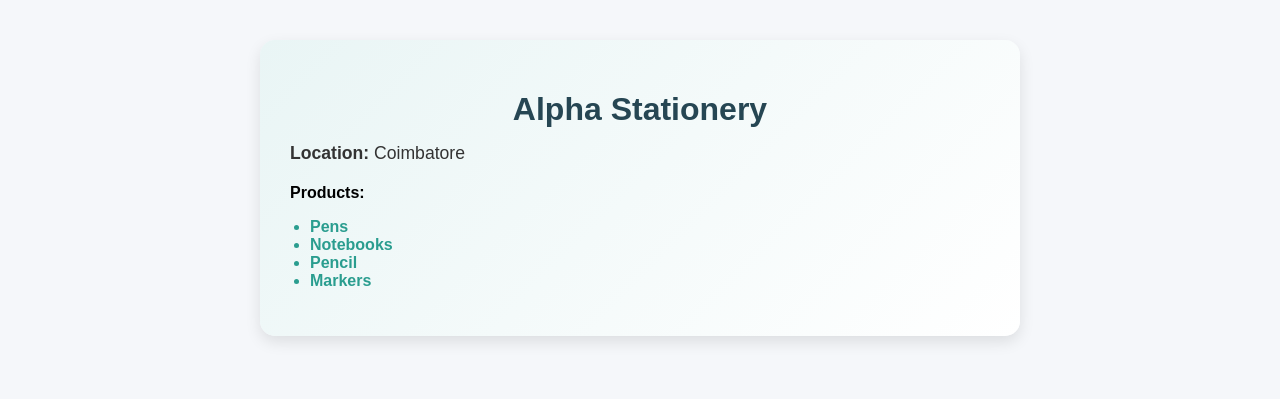
Repository: Pavithra-09git/CarSort
Page: /shop/1
An editor plug-in stored every save of this project. The page is shown before and after the next save, followed by the edit.
The browser window is 1280 px wide. The pictures show the whole page.
The project was rebuilt for these pictures with package versions that can differ from the ones it lists, and the page was loaded fresh each time. Also part of the build but not shown: vite.config.js, src/assets/Component/Card.jsx, src/assets/Component/Home.jsx.

Above is the page before, as saved 2025-10-26 16:19:08.

After the next save:
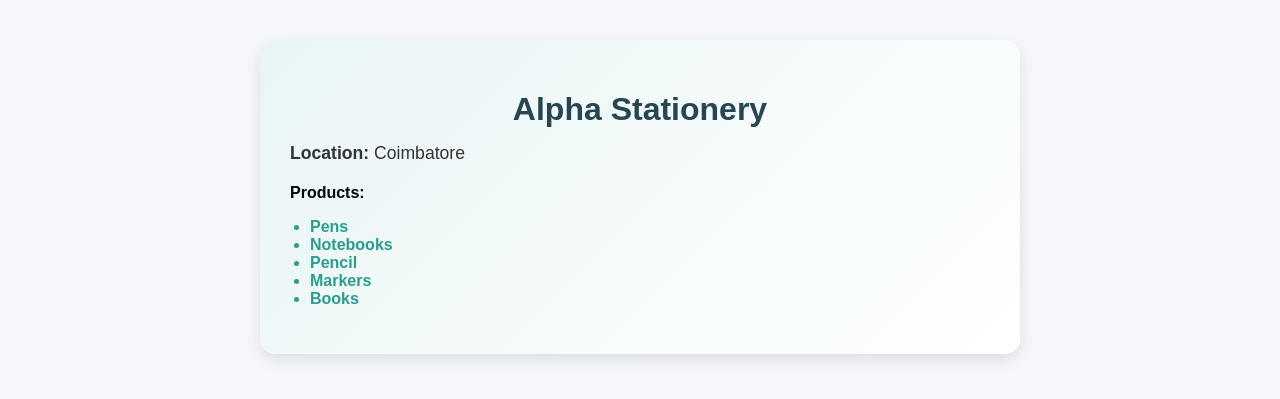
Saved 5 min 35 s later.
--- a/src/data.js
+++ b/src/data.js
@@ -3,41 +3,122 @@ export const shops = [
     id: 1,
     name: "Alpha Stationery",
     location: "Coimbatore",
+    about: "A trusted stationery store in Coimbatore, offering quality pens, notebooks, pencils, and markers.",
     products: [
-      { name: "Pens", storePaidAmount: 12, normalRate: 10},
+      { name: "Pens", storePaidAmount: 12, normalRate: 10 },
       { name: "Notebooks", storePaidAmount: 50, normalRate: 60 },
       { name: "Pencil", storePaidAmount: 5, normalRate: 10 },
       { name: "Markers", storePaidAmount: 20, normalRate: 25 },
+      { name: "Books", storePaidAmount: 200, normalRate: 180 },
     ],
   },
   {
     id: 2,
     name: "Eco Paper House",
     location: "Chennai",
+    about: "Eco-friendly paper products and stationery at affordable prices.",
     products: [
       { name: "Notebooks", storePaidAmount: 15, normalRate: 65 },
       { name: "Files", storePaidAmount: 35, normalRate: 40 },
       { name: "Diaries", storePaidAmount: 40, normalRate: 50 },
+      { name: "Pencil", storePaidAmount: 7, normalRate: 8 },
+      { name: "Markers", storePaidAmount: 22, normalRate: 28 },
     ],
   },
   {
     id: 3,
     name: "Campus Stationers",
     location: "Erode",
+    about: "Supplies for students and offices, including books, pens, and markers.",
     products: [
-      { name: "Pens", storePaidAmount: 15, normalRate: 10},
+      { name: "Pens", storePaidAmount: 15, normalRate: 10 },
       { name: "Notebooks", storePaidAmount: 20, normalRate: 70 },
       { name: "Markers", storePaidAmount: 25, normalRate: 30 },
+      { name: "Books", storePaidAmount: 180, normalRate: 160 },
     ],
   },
   {
     id: 4,
     name: "Paper World",
     location: "Chennai",
+    about: "Your one-stop shop for office supplies and paper products.",
     products: [
       { name: "Files", storePaidAmount: 38, normalRate: 45 },
       { name: "Notebooks", storePaidAmount: 18, normalRate: 65 },
       { name: "Diaries", storePaidAmount: 45, normalRate: 50 },
+      { name: "Pencils", storePaidAmount: 6, normalRate: 5 },
+      { name: "Markers", storePaidAmount: 18, normalRate: 20 },
+    ],
+  },
+  {
+    id: 5,
+    name: "Bright Tech",
+    location: "Madurai",
+    about: "Electronics and gadgets store specializing in laptops, phones, and accessories.",
+    products: [
+      { name: "Laptops", storePaidAmount: 1200, normalRate: 1100 },
+      { name: "Keyboards", storePaidAmount: 50, normalRate: 45 },
+      { name: "Headphones", storePaidAmount: 80, normalRate: 70 },
+      { name: "Smartphones", storePaidAmount: 600, normalRate: 550 },
+    ],
+  },
+  {
+    id: 6,
+    name: "Smart Gadgets Hub",
+    location: "Coimbatore",
+    about: "Latest gadgets, smartphones, and laptop accessories at competitive prices.",
+    products: [
+      { name: "Smartphones", storePaidAmount: 650, normalRate: 600 },
+      { name: "Chargers", storePaidAmount: 25, normalRate: 20 },
+      { name: "Speakers", storePaidAmount: 75, normalRate: 70 },
+      { name: "Laptops", storePaidAmount: 1150, normalRate: 1100 },
+    ],
+  },
+  {
+    id: 7,
+    name: "Daily Needs Mart",
+    location: "Salem",
+    about: "Groceries, snacks, and household essentials for everyday needs.",
+    products: [
+      { name: "Groceries", storePaidAmount: 100, normalRate: 90 },
+      { name: "Cleaning Items", storePaidAmount: 50, normalRate: 45 },
+      { name: "Snacks", storePaidAmount: 30, normalRate: 25 },
+    ],
+  },
+  {
+    id: 8,
+    name: "Green Leaf Grocers",
+    location: "Coimbatore",
+    about: "Fresh vegetables, organic foods, and healthy snacks for the whole family.",
+    products: [
+      { name: "Vegetables", storePaidAmount: 40, normalRate: 35 },
+      { name: "Organic Food", storePaidAmount: 60, normalRate: 55 },
+      { name: "Snacks", storePaidAmount: 25, normalRate: 20 },
+    ],
+  },
+  {
+    id: 9,
+    name: "Knowledge Academy",
+    location: "Madurai",
+    about: "Books, stationery, and educational kits for students and learners.",
+    products: [
+      { name: "Books", storePaidAmount: 220, normalRate: 200 },
+      { name: "Stationery", storePaidAmount: 50, normalRate: 45 },
+      { name: "Educational Kits", storePaidAmount: 150, normalRate: 140 },
+      { name: "Pencils", storePaidAmount: 6, normalRate: 5 },
+      { name: "Markers", storePaidAmount: 22, normalRate: 20 },
+    ],
+  },
+  {
+    id: 10,
+    name: "Smart Learning Center",
+    location: "Coimbatore",
+    about: "Educational materials, books, and study kits for students.",
+    products: [
+      { name: "Books", storePaidAmount: 180, normalRate: 160 },
+      { name: "Worksheets", storePaidAmount: 40, normalRate: 35 },
+      { name: "Study Materials", storePaidAmount: 120, normalRate: 110 },
+      { name: "Notebooks", storePaidAmount: 25, normalRate: 30 },
     ],
   },
 ];
